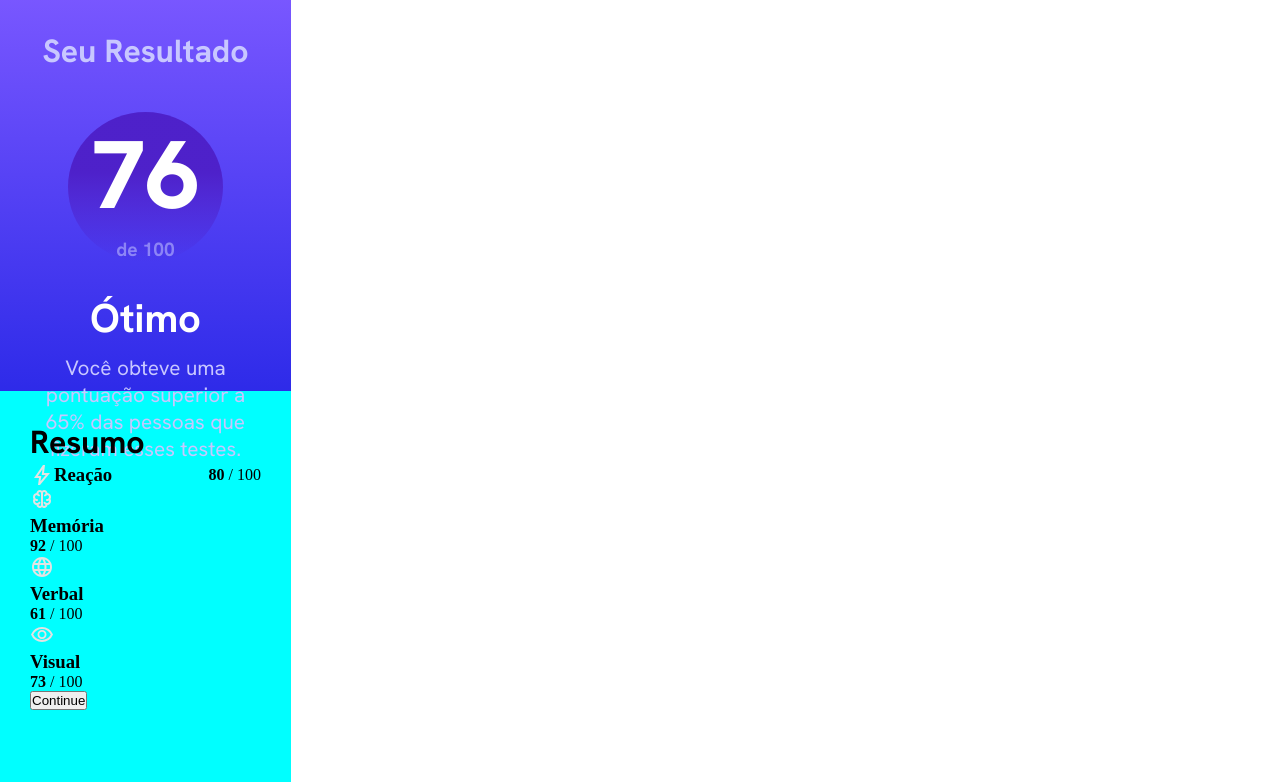
Repository: caique2512/resumo-de-resultados
Page: index.html
An editor plug-in stored every save of this project. The page is shown before and after a run of saves, followed by the edit.
The browser window is 1280 px wide. The pictures show the whole page.

Above is the page before, as saved 2026-03-09 22:16:42.

After the next 2 saves:
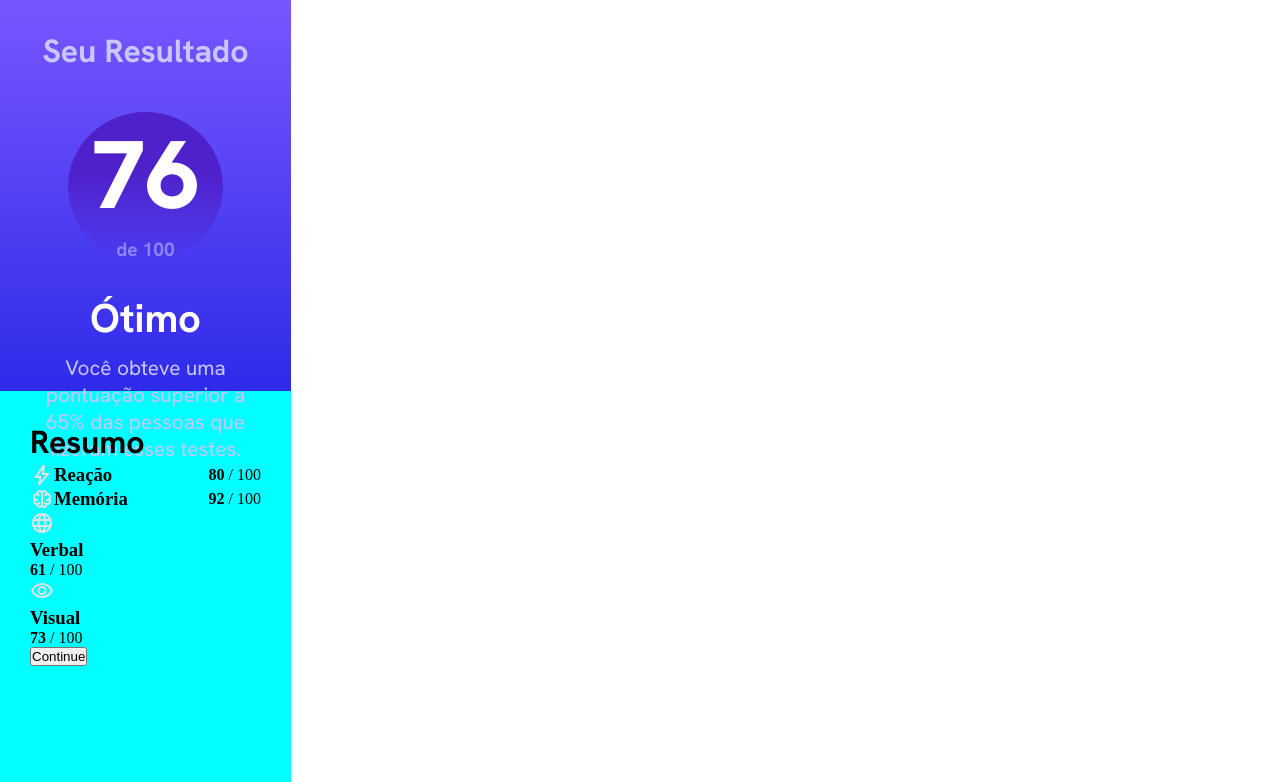
The 2 saves are shown as one change because they came seconds apart.
The last was saved 7 s later.
--- a/src/css/estilos.css
+++ b/src/css/estilos.css
@@ -84,12 +84,12 @@
     justify-content: space-between;
 }
 
-.resultado .classes .resumo1 div {
+.resultado .classes .resumo2 div {
     display: flex;
     align-items: center;
 }
 
-.resultado .classes .resumo1{
+.resultado .classes .resumo2{
     display: flex;
     align-items: center;
     justify-content: space-between;
